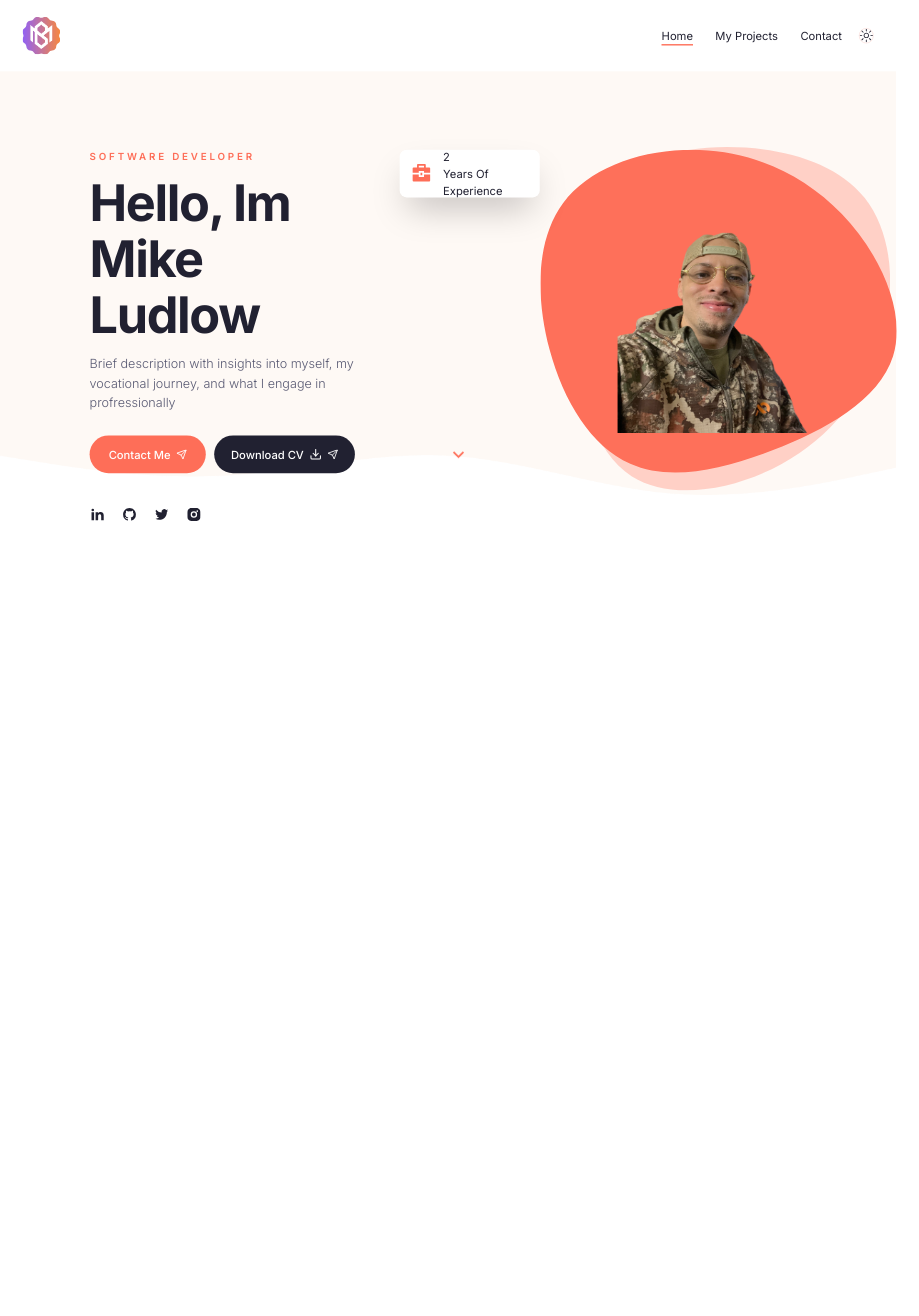
Repository: MikeeBuilds/mike-port
Page: /
The author's editor kept a copy of each file at every save. The page is drawn from the files as they stood at one save, then again after a run of saves.
The browser window is 1280 px wide. The page is 1313 px wide, so the pictures cover 1313 px, including what lies to the right of the window. The pictures show the part of the page from y = 0 to 1880 px (the page is 4731 px tall), at 70% of full size.
The project was rebuilt for these pictures with package versions that can differ from the ones it lists, and the page was loaded fresh each time. The framework's server and built-in components were replaced by stand-ins that run in the browser. Also part of the build but not shown: next.config.js.

Above is the page before, as saved 2023-11-30 12:01:33.

### app/layout.jsx
import { Inter } from 'next/font/google'
import './globals.css'
import Header from '@/components/Header'
import Footer from '@/components/Footer'
import { ThemeProvider } from '@/components/ThemeProvider'

const inter = Inter({ subsets: ['latin'] })

export const metadata = {
  title: 'Mike Ludlow | Dev',
  description: 'Generated by create next app',
}

export default function RootLayout({ children }) {
  return (
    <html lang="en" suppressHydrationWarning>
      <body className={inter.className}
      >
        <ThemeProvider attribute="class" defaultTheme="light">
          <Header />
            {children}
          <Footer />
        </ThemeProvider>
      </body>
    </html>
  )
}

### app/template.js
"use client";

import { motion } from "framer-motion";
// hooks
import useScrollProgress from "@/hooks/useScrollProgress";

//variants
const variants = {
  hidden: { opacity: 0 },
  enter: { opacity: 1 },
};

const Template = ({ children }) => {
  const completion = useScrollProgress();
  return (
    <>
      <motion.main
        variants={variants}
        initial="hidden"
        animate="enter"
        transition={{ type: "linear", delay: 0.2, duration: 0.4 }}
      >
        {children}
      </motion.main>
      {/* completion bar */}
      <span
        style={{ transform: `translateY(${completion - 100}%)` }}
        className="fixed z-50 bg-primary w-1 top-0 right-0
      bottom-0 transition-all duration-700"
      ></span>
      <div className="h-[4000px]"></div>
    </>
  );
};

export default Template;

### app/page.jsx
import Hero from '@/components/Hero'
import { main } from 'json'
import Image from 'next/image'

export default function Home() {
  return (
    <main>
      <Hero/>
    </main>
  )
}

### app/globals.css
@tailwind base;
@tailwind components;
@tailwind utilities;

@layer base {
  @layer base {
    :root {
      --background: 0 0% 100%;
      --foreground: 240 19% 16%;
      --card: 0 0% 100%;
      --card-foreground: 240 19% 16%;
      --popover: 0 0% 100%;
      --popover-foreground: 20 14.3% 4.1%;
      --primary: 8 99% 67%;
      --primary-foreground: 300 0% 100%;
      --secondary: 240 19% 16%;
      --secondary-foreground: 300 0% 100%;
      --tertiary: 27 82% 98%;
      --muted: 60 4.8% 95.9%;
      --muted-foreground: 237 13% 40%;
      --accent: 237 9% 96%;
      --accent-foreground: 24 9.8% 10%;
      --destructive: 0 84.2% 60.2%;
      --destructive-foreground: 60 9.1% 97.8%;
      --border: 8 82% 92%;
      --input: 8 82% 92%;
      --ring: 9 99% 67%;
      --radius: 1rem;
    }

    .dark {
      --background: 237 22% 20%;
      --foreground: 60 9.1% 97.8%;
      --card: 240 19% 16%;
      --card-foreground: 300 0% 100%;
      --popover: 20 14.3% 4.1%;
      --popover-foreground: 60 9.1% 97.8%;
      --primary: 8 99% 67%;
      --primary-foreground: 300 0% 100%;
      --secondary: 240 19% 16%;
      --secondary-foreground:300 0% 100%;
      --tertiary: 237 22% 20%;
      --muted: 12 6.5% 15.1%;
      --muted-foreground: 237 13% 63%;
      --accent: 240 19% 16%;
      --accent-foreground: 300 0% 100%;
      --destructive: 0 72.2% 50.6%;
      --destructive-foreground: 60 9.1% 97.8%;
      --border: 237 22% 23%;
      --input: 237 22% 23%;
      --ring: 8 99% 67%;
    }
  }
}

@layer base {
  * {
    @apply border-border;
  }
  body {
    @apply bg-background text-foreground;
  }
}

.h1 {
  @apply text-6xl xl:text-[72px] xl:leading-[80px] tracking-[-2px] font-bold;
}

.subtitle {
  @apply text-muted-foreground text-lg mb-8 font-light;
}

.badge {
  @apply z-10 w-[200px] h-[68px] bg-white dark:backdrop-blur-[44px] shadow-2xl p-4 rounded-[10px] flex items-center gap-x-4;
}

### components/Header.jsx
"use client";
import React, { useState, useEffect } from "react";

// components
import Logo from "./Logo";
import ThemeToggler from "./ThemeToggler";
import Nav from "./Nav";
import MobileNav from "./MobileNav";
import { usePathname } from "next/navigation";

const Header = () => {
  const [header, setHeader] = useState(false);
  const pathname = usePathname();

  useEffect(() => {
    const scrollYpos = window.addEventListener("scroll", () => {
      window.scrollY > 50 ? setHeader(true) : setHeader(false);
    });

    // remove event
    return () => window.removeEventListener("scroll", scrollYpos);
  });

  return (
    <header
      className={`${
        header
          ? "py-4 bg-white shadow-lg dark:bg-accent"
          : "py-6 dark:bg-transparent"
      } sticky top-0 z-30 transition-all ${pathname === '/' && 'bg-white'}`}
    >
      <div className="container mx-auto">
        <div className="flex justify-between items-center">
          <Logo />
          <div className="flex items-center gap-x-6">
            {/* nav */}
            <Nav
              containerStyles="hidden xl:flex gap-x-8 items-center"
              linkStyles="relative hover:text-primary transition-all"
              underlineStyles="absolute left-0 top-full h-[2px] bg-primary w-full"
            />
            <ThemeToggler />
            {/* mobile nav */}
            <div className="lg:hidden">
              <MobileNav />
            </div>
          </div>
        </div>
      </div>
    </header>
  );
};

export default Header;

### components/Footer.jsx

const Footer = () => {
  return (
    <footer>Footer</footer>
  )
}

export default Footer

### components/ThemeProvider.jsx
"use client"


import {
    ThemeProvider as NextThemesProvider
} from "next-themes";



export function ThemeProvider({ children, ...props}) {
    return <NextThemesProvider {...props}>{children}</NextThemesProvider>
}

### hooks/useScrollProgress.js
import React, { useState, useEffect} from 'react'

const useScrollProgress = () => {
    const [completion, setCompletion] = useState(0);

    useEffect(() => {
        const updateScrollCompletion = () => {
            const currentProgress = window.scrollY;
            const scrollHeight = document.body.scrollHeight - window.innerHeight;

            if (scrollHeight) {
                setCompletion(Number(currentProgress / scrollHeight).toFixed(2) * 100);
            }
        };
            // event
        window.addEventListener('scroll', updateScrollCompletion);
            //clear event
            return () => window.removeEventListener('scroll', updateScrollCompletion);
    }, []);


    return completion;
};

export default useScrollProgress

### components/Hero.jsx
import Link from "next/link";
import { Download, Send } from "lucide-react";
import { Button } from "./ui/button";

import {
  RiBriefcase4Fill,
  RiTeamFill,
  RiTodoFill,
  RiArrowDownSLine,
} from "react-icons/ri";

//components
import DevImg from "./DevImg";
import Badge from "./Badge";
import Socials from "./Socials";

const Hero = () => {
  return (
    <section className="py-12 xl:py-24 h-[84vh] xl:pt-28 bg-hero bg-no-repeat bg-bottom bg-cover dark:bg-none">
      <div className="flex justify-between gap-x-8">
        {/* text */}
        <div className="flex max-w-[600px] flex-col justify-center mx-auto xl:mx-32 text-center xl:text-left">
          <div className="text-sm uppercase font-semibold mb-4 text-primary tracking-[4px]">
            Software Developer
          </div>
          <h1 className="h1 mb-4">Hello, Im Mike Ludlow</h1>
          <p className="subtitle max-w-[490px] mx-auto xl:mx-0">
            Brief description with insights into myself, my vocational journey,
            and what I engage in profressionally
          </p>
          {/* buttons */}
          <div
            className="flex flex-col gap-y-3 md:flex-row gap-x-3 mx-auto
          xl:mx-0 mb-12"
          >
            <Link href="/contact">
              <Button className="gap-x-2">
                Contact Me <Send size={15} />
              </Button>
            </Link>
            <Button variant="secondary" className="gap-x-2">
              Download CV <Download size={18} /> <Send size={15} />
            </Button>
          </div>
          {/* socials */}
          <Socials
            containerStyles="flex gap-x-6 mx-auto xl:mx-0"
            iconStyles="text-foreground text-[22px] hover:text-primary transition-all"
          />
        </div>
        {/* image */}
        <div className="hidden xl:flex relative right-24">
          <Badge
            icon={<RiBriefcase4Fill />}
            endCountNum={2}
            badgeText="Years Of Experience"
          />
          <div className="bg-hero_shape2_light dark:bg-hero_shape2_dark w-[500px] h-[500px] bg-no-repeat absolute -top-1 -right-8"></div>
          <DevImg
            containerStyles="bg-hero_shape w-[510px] h-[462px] bg-no-repeat relative bg-bottom"
            imgSrc="/hero/developer.png"
          />
        </div>
        {/* icon */}
        <div className="hidden md:flex absolute left-2/4 bottom-44 xl:bottom-12 animate-bounce">
          <RiArrowDownSLine className="text-3xl text-primary" />
        </div>
      </div>
    </section>
  );
};

export default Hero;

### components/Logo.jsx
import Link from "next/link";
import Image from "next/image";


const Logo = () => {
  return (
    <Link href="/">
        <Image src='/logo.svg' width={54} height={54} priority alt="logo"/>
    </Link>
  )
}

export default Logo

### components/ThemeToggler.jsx
"use client";

import { Button } from "./ui/button";
import { MoonIcon, SunIcon } from "@radix-ui/react-icons";
import { useTheme } from "next-themes";

const ThemeToggler = () => {
  const { theme, setTheme } = useTheme();
  return (
    <Button variant='outline' size="outline" onClick={() => setTheme(theme === 'dark' ? 'light' : 'dark')}>
      <SunIcon
        className="h-[1.2rem] w-[1.2rem] rotate-0 scale-100 transition-all
      dark:rotate-90 dark:scale-0"
      />
      <MoonIcon
        className="absolute h-[1.2rem] w-[1.2rem] rotate-90 scale-0 transition-all
       dark:rotate-0 dark:scale-100"
      />
    </Button>
  );
};

export default ThemeToggler;

### components/Nav.jsx
import Link from "next/link";

//next hooks
import { usePathname } from "next/navigation";

//framer motion
import { motion } from "framer-motion";

const links = [
  { path: "/", name: "home" },
  { path: "/projects", name: "my projects" },
  { path: "/contact", name: "contact" },
];

const Nav = ({ containerStyles, linkStyles, underlineStyles }) => {
  const path = usePathname();
  return (
    <nav className={`${containerStyles}`}>
      {links.map((link, index) => {
        return (
          <Link
            href={link.path}
            key={index}
            className={`capitalize ${linkStyles}`}
          >
            {link.path === path && (
              <motion.span
                initial={{ y: "-100%" }}
                animate={{ y: 0 }}
                transition={{ type: "tween" }}
                layoutId="underline"
                className={`${underlineStyles}`}
              />
            )}
            {link.name}
          </Link>
        );
      })}
    </nav>
  );
};

export default Nav;

### components/MobileNav.jsx

const MobileNav = () => {
  return (
    <div>MobileNav</div>
  )
}

export default MobileNav

### components/ui/button.jsx
import * as React from "react"
import { Slot } from "@radix-ui/react-slot"
import { cva } from "class-variance-authority";

import { cn } from "@/lib/utils"

const buttonVariants = cva(
  "inline-flex items-center justify-center whitespace-nowrap rounded-full text-base font-medium ring-offset-background transition-colors focus-visible:outline-none focus-visible:ring-2 focus-visible:ring-ring focus-visible:ring-offset-2 disabled:pointer-events-none disabled:opacity-50",
  {
    variants: {
      variant: {
        default: "bg-primary text-primary-foreground hover:bg-primary/90",
        destructive:
          "bg-destructive text-destructive-foreground hover:bg-destructive/90",
        outline:
          "border border-input bg-background hover:bg-accent hover:text-accent-foreground",
        secondary:
          "bg-secondary text-secondary-foreground hover:bg-secondary/80",
        ghost: "hover:bg-accent hover:text-accent-foreground",
        link: "text-primary underline-offset-4 hover:underline",
      },
      size: {
        default: "h-[54px] px-6 py-2 min-w-[166px]",
        sm: "h-9 rounded-md px-3",
        lg: "h-11 rounded-md px-8",
        icon: "h-10 w-10",
      },
    },
    defaultVariants: {
      variant: "default",
      size: "default",
    },
  }
)

const Button = React.forwardRef(({ className, variant, size, asChild = false, ...props }, ref) => {
  const Comp = asChild ? Slot : "button"
  return (
    (<Comp
      className={cn(buttonVariants({ variant, size, className }))}
      ref={ref}
      {...props} />)
  );
})
Button.displayName = "Button"

export { Button, buttonVariants }

### components/DevImg.jsx
import Image from "next/image";

const DevImg = ({ containerStyles, imgSrc }) => {
  return <div className={`${containerStyles}`}>
    <Image src={imgSrc} fill priority alt="" />
  </div>;
};

export default DevImg;

### components/Badge.jsx
"use client"
import CountUp from 'react-countup';

const Badge = ({
  containerstyles,
  icon,
  endCountNum,
  endCountText,
  badgeText
}) => {
  return <div className={`badge ${containerstyles}`}>
    <div className='text-3xl text-primary'>{icon}</div>
    <div>
      <div>
        <CountUp end={endCountNum} delay={1} duration={4}/>
        {endCountText}
      </div>
      <div>{badgeText}</div>
    </div>
  </div>;
};

export default Badge;

### components/Socials.jsx
'use client'

import {
  RiLinkedinFill,
  RiGithubFill,
  RiTwitterFill,
  RiInstagramFill
} from 'react-icons/ri';

import Link from 'next/link';

const icons = [
  {
    path: '/',
    name: <RiLinkedinFill />,
  },
  {
    path: '/',
    name: <RiGithubFill />,
  },{
    path: '/',
    name: <RiTwitterFill />,
  },{
    path: '/',
    name: <RiInstagramFill />,
  },
]


import React from "react";

const Socials = ({ containerStyles, iconStyles}) => {
  return <div className={`${containerStyles}`}>
    {icons.map((icon, index) => {
      return <Link href={icon.path} key={index}>
        <div className={`${iconStyles}`}>
          {icon.name}
        </div>
      </Link>
    })}
  </div>;
};

export default Socials;

### tailwind.config.js
/** @type {import('tailwindcss').Config} */
module.exports = {
  darkMode: ["class"],
  content: [
    './pages/**/*.{js,jsx}',
    './components/**/*.{js,jsx}',
    './app/**/*.{js,jsx}',
    './src/**/*.{js,jsx}',
	],
  theme: {
    container: {
      center: true,
      padding: "2rem",
      screens: {
        "2xl": "1400px",
      },
    },
    extend: {
      colors: {
        border: "hsl(var(--border))",
        input: "hsl(var(--input))",
        ring: "hsl(var(--ring))",
        background: "hsl(var(--background))",
        foreground: "hsl(var(--foreground))",
        primary: {
          DEFAULT: "hsl(var(--primary))",
          foreground: "hsl(var(--primary-foreground))",
        },
        secondary: {
          DEFAULT: "hsl(var(--secondary))",
          foreground: "hsl(var(--secondary-foreground))",
        },
        tertiary: {
          DEFAULT: "hsl(var(--tertiary))",
        },
        destructive: {
          DEFAULT: "hsl(var(--destructive))",
          foreground: "hsl(var(--destructive-foreground))",
        },
        muted: {
          DEFAULT: "hsl(var(--muted))",
          foreground: "hsl(var(--muted-foreground))",
        },
        accent: {
          DEFAULT: "hsl(var(--accent))",
          foreground: "hsl(var(--accent-foreground))",
        },
        popover: {
          DEFAULT: "hsl(var(--popover))",
          foreground: "hsl(var(--popover-foreground))",
        },
        card: {
          DEFAULT: "hsl(var(--card))",
          foreground: "hsl(var(--card-foreground))",
        },
      },
      borderRadius: {
        lg: "var(--radius)",
        md: "calc(var(--radius) - 2px)",
        sm: "calc(var(--radius) - 4px)",
      },
      keyframes: {
        "accordion-down": {
          from: { height: 0 },
          to: { height: "var(--radix-accordion-content-height)" },
        },
        "accordion-up": {
          from: { height: "var(--radix-accordion-content-height)" },
          to: { height: 0 },
        },
      },
      animation: {
        "accordion-down": "accordion-down 0.2s ease-out",
        "accordion-up": "accordion-up 0.2s ease-out",
      },
      backgroundImage: {
        hero: 'url(/hero-bg.png)',
        hero_shape: 'url(/hero/shape-1.svg)',
        hero_shape2_light: 'url(/hero/shape-2-light.svg)',
        hero_shape2_dark: 'url(/hero/shape-2-dark.svg)',

      }
    },
  },
  plugins: [require("tailwindcss-animate")],
}

Loaded but not shown: lib/utils.js (common file)

After the next 4 saves:
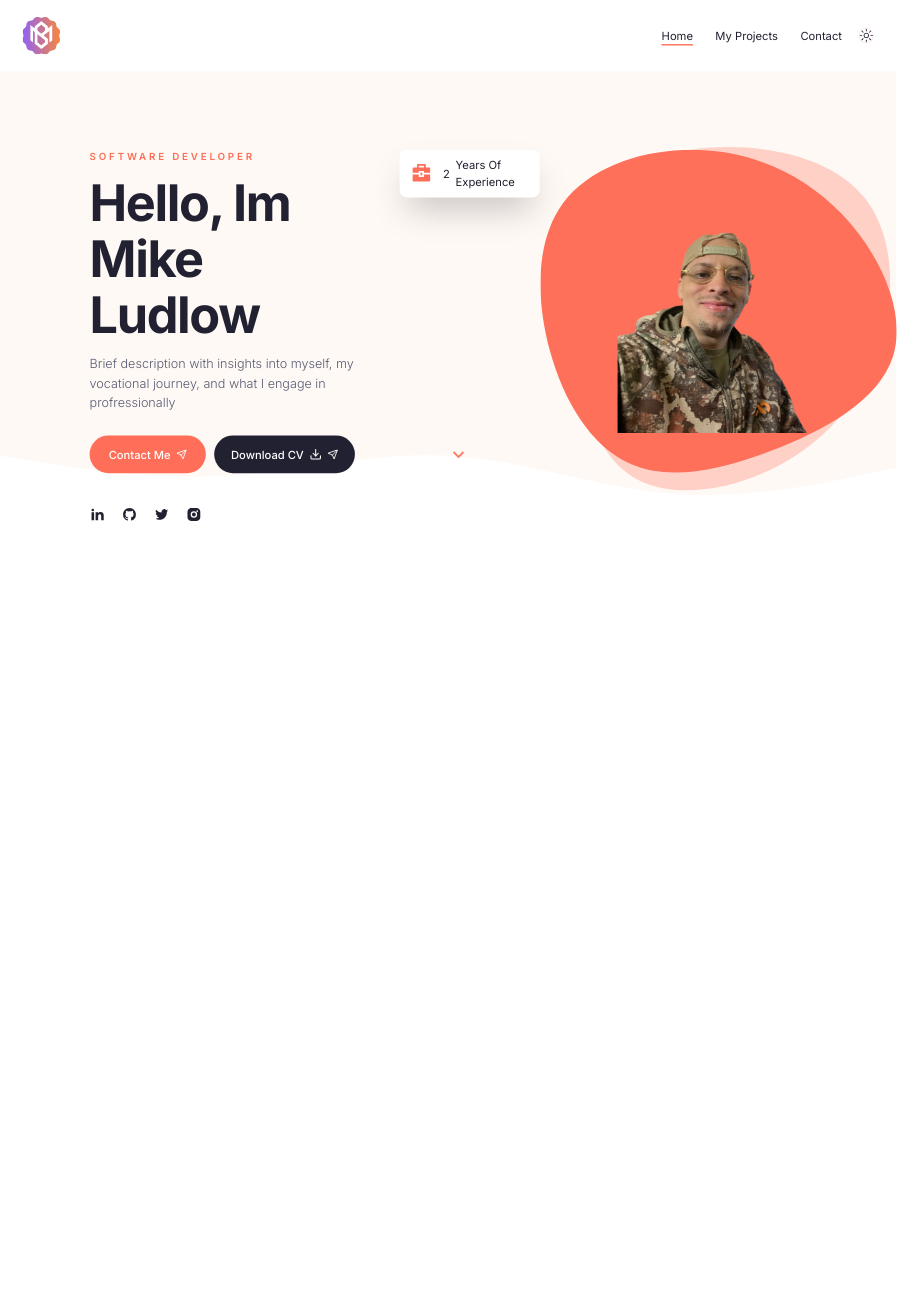
The 4 saves are shown as one change because they came seconds apart.
The last was saved 29 s later.
--- a/components/Badge.jsx
+++ b/components/Badge.jsx
@@ -10,7 +10,7 @@ const Badge = ({
 }) => {
   return <div className={`badge ${containerstyles}`}>
     <div className='text-3xl text-primary'>{icon}</div>
-    <div>
+    <div className='flex items-center gap-x-2'>
       <div>
         <CountUp end={endCountNum} delay={1} duration={4}/>
         {endCountText}
